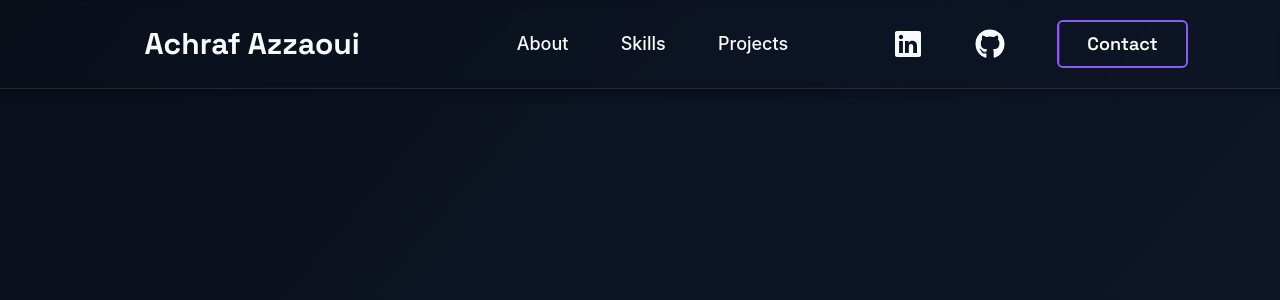
Repository: AchrafAzzaoui/Portfolio-Website
Page: / (app in achrafs-portfolio/)
The author's editor kept a copy of each file at every save. The page is drawn from the files as they stood at one save, then again after the next save.
The browser window is 1280 px wide. The pictures show the whole page.
Some web fonts or font styles are not loaded; a fallback is used. The project was rebuilt for these pictures with package versions that can differ from the ones it lists, and the page was loaded fresh each time. Also part of the build but not shown: achrafs-portfolio/vite.config.ts.

Above is the page before, as saved 2025-01-03 16:36:33.

### achrafs-portfolio/index.html
<!DOCTYPE html>
<html lang="en">
  <head>
    <meta charset="UTF-8" />
    <link rel="icon" type="image/svg+xml" href="/vite.svg" />
    <meta name="viewport" content="width=device-width, initial-scale=1.0" />
    <!-- Inter for body text -->
    <link rel="preconnect" href="https://rsms.me/" />
    <link rel="stylesheet" href="https://rsms.me/inter/inter.css" />

    <!-- Space Grotesk for headlines -->
    <link rel="preconnect" href="https://fonts.googleapis.com" />
    <link rel="preconnect" href="https://fonts.gstatic.com" crossorigin />
    <link
      href="https://fonts.googleapis.com/css2?family=Space+Grotesk:wght@500;600;700&display=swap"
      rel="stylesheet"
    />
    <title>Achraf's Portfolio Website</title>
  </head>
  <body>
    <div id="root"></div>
    <script type="module" src="/src/main.tsx"></script>
  </body>
</html>

### achrafs-portfolio/src/index.css
@tailwind base;
@tailwind components;
@tailwind utilities;
@tailwind base;
@tailwind components;
@tailwind utilities;

@layer base {
  * {
    margin: 0;
    padding: 0;
    box-sizing: border-box;
  }

  html {
    scroll-behavior: smooth;
  }

  body {
    @apply font-sans antialiased;
  }

  ul,
  ol {
    list-style: none;
  }

  a {
    text-decoration: none;
    color: inherit;
  }

  img {
    max-width: 100%;
    height: auto;
  }

  button {
    background: none;
    border: none;
    cursor: pointer;
  }
}
@layer components {
  .before\:absolute::before {
    content: "";
    position: absolute;
  }
}

### achrafs-portfolio/src/App.tsx
import "./index.css";
import Header from "./components/layout/Header.tsx";
export default function App() {
  return (
    <div className="min-h-screen bg-gradient-dark">
      <Header />
    </div>
  );
}

### achrafs-portfolio/src/components/layout/Header.tsx
import { useState } from "react";
import { RxLinkedinLogo } from "react-icons/rx";
import { FaGithub } from "react-icons/fa";
import { HiMenu, HiX } from "react-icons/hi";

export default function Header() {
  const [isMenuOpen, setIsMenuOpen] = useState(false);

  return (
    <header className=" fixed top-0 left-0 right-0 z-50 backdrop-blur-sm  shadow-[0_4px_10px_rgba(0,0,0,0.3)] border-b transition-shadow duration-300 border-white/10 px-2 xl:px-10 py-5">
      <nav className="flex ">
        <div className="basis-3/16 flex-auto flex justify-start pl-8 md:pl-0 md:justify-center items-center font-display font-bold text-dark-text-primary">
          <a href="#home">
            <h2 className="text-3xl transition-transform duration-300 hover:-translate-y-0.5">
              Achraf Azzaoui
            </h2>
          </a>
        </div>
        <div className="hidden md:flex basis-7/16 flex-auto flex justify-evenly items-center">
          <a
            href="#about"
            className="font-sans font-medium text-dark-text-primary text-lg transition-transform duration-300 hover:-translate-y-0.5"
          >
            About
          </a>
          <a
            href="#skills"
            className="font-sans font-medium text-dark-text-primary text-lg transition-transform duration-300 hover:-translate-y-0.5"
          >
            Skills
          </a>
          <a
            href="#projects"
            className="font-sans font-medium text-dark-text-primary text-lg transition-transform duration-300 hover:-translate-y-0.5"
          >
            Projects
          </a>
        </div>
        <div className="hidden md:flex basis-6/16 flex-auto justify-evenly items-center">
          <a href="https://www.linkedin.com/in/achraf-azzaoui-data-scientist">
            <RxLinkedinLogo className="text-3xl rounded-sm text-dark-text-primary hover:text-dark-text-customcolor hover:scale-110" />
          </a>
          <a href="https://github.com/AchrafAzzaoui">
            <FaGithub className="text-3xl rounded-full text-dark-text-primary hover:text-dark-text-customcolor hover:scale-110" />
          </a>
          <button
            style={{
              zIndex: 10, // Ensure proper layering
              border: "2px solid #8B5CF6", // Purple border
              position: "relative", // For proper positioning of pseudo-elements
              borderRadius: "0.375rem", // Match the border-radius
              overflow: "hidden", // Clip pseudo-element overflow
            }}
            className="
    inline-block px-7 py-2 font-semibold font-display bg-transparent text-white group
    hover:border-purple-500
    before:absolute before:content-[''] before:inset-0
    before:-translate-x-full before:bg-gradient-to-r before:from-purple-600
    before:to-purple-800 before:z-0
    before:transition-transform before:duration-300 before:ease-out
    hover:before:translate-x-0
  "
          >
            <span className="relative z-10 text-lg">Contact</span>
          </button>
        </div>
        <div className="md:hidden basis-3/16 flex-auto flex justify-end px-8 items-center">
          <button
            onClick={() => setIsMenuOpen((prevMenuOpen) => !prevMenuOpen)}
            className="text-4xl text-dark-text-primary"
          >
            {isMenuOpen ? <HiX /> : <HiMenu />}
          </button>
        </div>
      </nav>
    </header>
  );
}

### achrafs-portfolio/tailwind.config.js
/** @type {import('tailwindcss').Config} */
const defaultTheme = require("tailwindcss/defaultTheme");

export default {
  content: ["./index.html", "./src/**/*.{js,ts,jsx,tsx}"],
  theme: {
    extend: {
      backgroundImage: {
        "gradient-dark":
          "linear-gradient(130deg, #0A0F1A 0%, #0C1322 40%, #0E1628 100%)",
        "gradient-light":
          "linear-gradient(130deg, #F8FAFC 0%, #EEF2F6 40%, #E2E8F0 100%)", // Light theme gradient
      },
      colors: {
        // Dark theme
        dark: {
          text: {
            primary: "#F8FAFC", // Almost white
            secondary: "#94A3B8", // Lighter gray
            muted: "#64748B", // Muted gray
            customcolor: "#7C3AED",
          },
        },
        // Light theme
        light: {
          text: {
            primary: "#0F172A", // Very dark blue/gray
            secondary: "#334155", // Dark gray
            muted: "#64748B", // Same as dark for balance
          },
        },
      },
      fontFamily: {
        sans: ["Inter", ...defaultTheme.fontFamily.sans],
        display: ["Space Grotesk", ...defaultTheme.fontFamily.sans],
      },
    },
  },
  plugins: [],
  variants: {
    extend: {
      // Enable before/after pseudo elements
      before: ["before"],
      after: ["after"],
    },
  },
};

Loaded but not shown: achrafs-portfolio/src/main.tsx (common file)

After the next save:
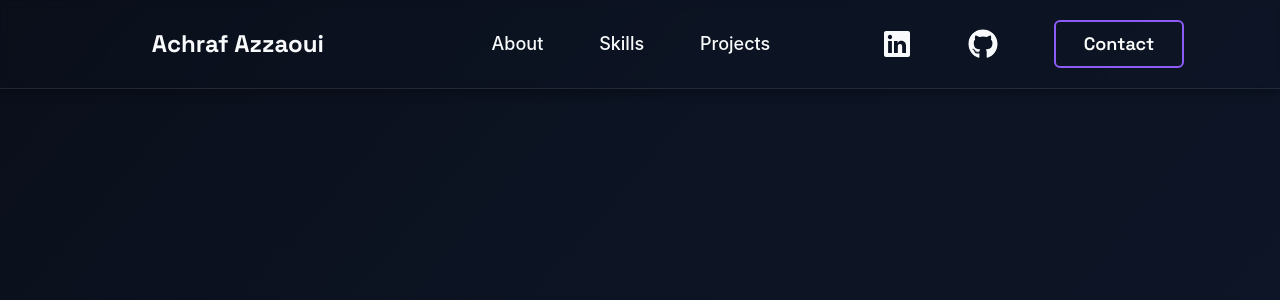
Saved 7 s later.
--- a/achrafs-portfolio/src/components/layout/Header.tsx
+++ b/achrafs-portfolio/src/components/layout/Header.tsx
@@ -11,7 +11,7 @@ export default function Header() {
       <nav className="flex ">
         <div className="basis-3/16 flex-auto flex justify-start pl-8 md:pl-0 md:justify-center items-center font-display font-bold text-dark-text-primary">
           <a href="#home">
-            <h2 className="text-3xl transition-transform duration-300 hover:-translate-y-0.5">
+            <h2 className="text-2xl transition-transform duration-300 hover:-translate-y-0.5">
               Achraf Azzaoui
             </h2>
           </a>
